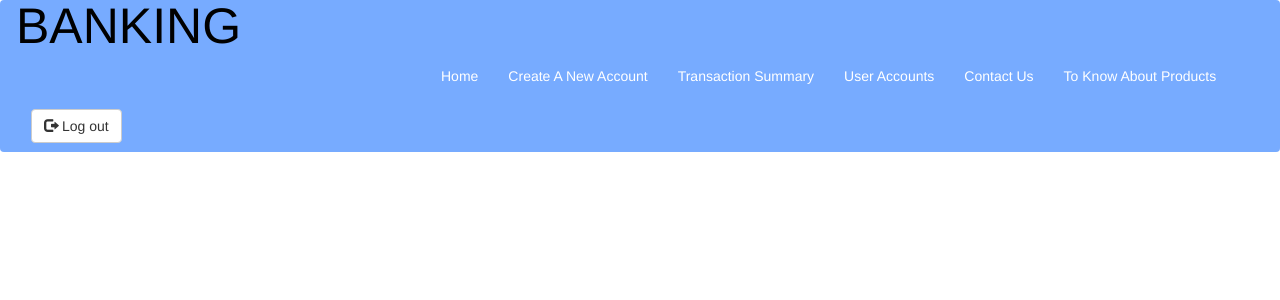
Repository: rukmini10/DXC
Page: http://localhost/Account/AdminHeader.jsp
The author's editor kept a copy of each file at every save. The page is drawn from the files as they stood at one save, then again after the next save.
The browser window is 1280 px wide. The pictures show the whole page.
Some web libraries are served in a nearby version. The page is served by Tomcat 9.

Above is the page before, as saved 2022-05-03 12:47:28.

After the next save:
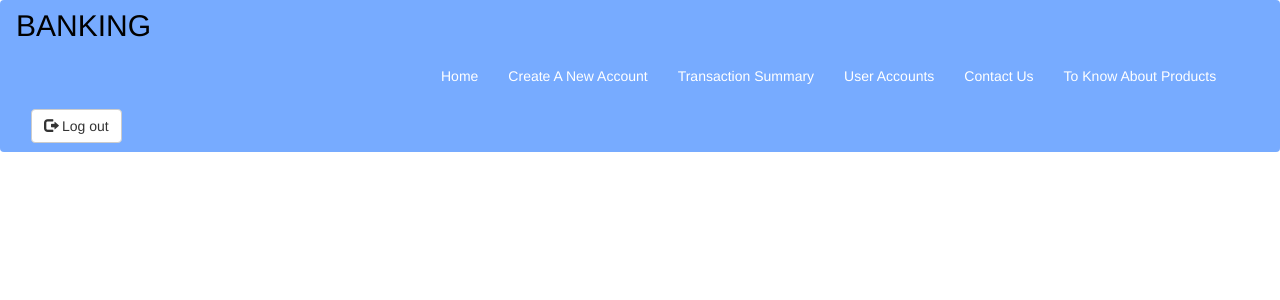
Saved 10 s later.
--- a/DXC_MAVEN/Account/src/main/webapp/AdminHeader.jsp
+++ b/DXC_MAVEN/Account/src/main/webapp/AdminHeader.jsp
@@ -15,7 +15,7 @@
 <nav class="navbar navbar-light" style="background-color: #77abff;"">
   <div class="container-fluid">
     <div class="navbar-header">
-      <a class="navbar-brand" href="#" style="color:black;font-size:50px">BANKING</a>
+      <a class="navbar-brand" href="#" style="color:black;font-size:30px">BANKING</a>
     </div>
     <ul style="padding-left:255px" class="nav navbar-nav">
       <li style="padding-left:155px" class="active"><a href="#" style="color:white">Home</a></li>
